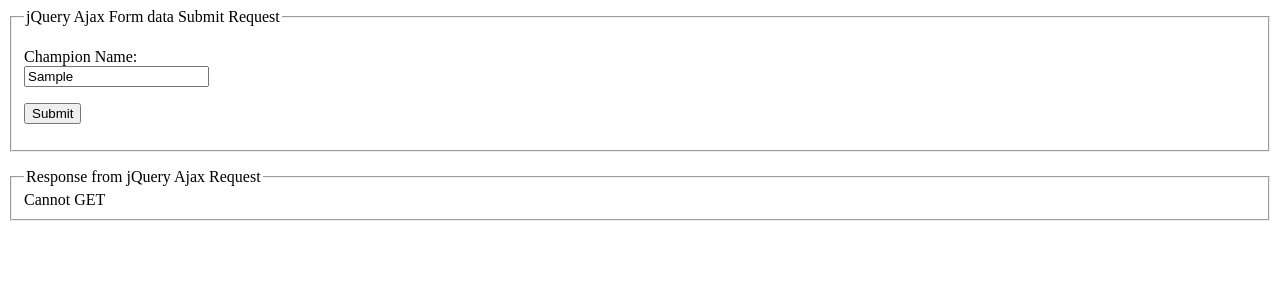
Repository: spencer-carver/lol-db
Page: LOLdb/war/index.html
An editor plug-in stored every save of this project. The page is shown before and after the next save, followed by the edit.
The browser window is 1280 px wide. The pictures show the whole page.
Empty fields were first filled with sample values (such as "Sample", 5 or name@example.com).
After loading, the first visible `#myButton` was clicked once.
The page's requests for data from a server got no answer. Some web libraries are served in a nearby version.

Above is the page before, as saved 2013-01-24 11:25:41.
Not found: LOLdb/war/CountryInformation

### LOLdb/war/index.html
<html>
<head>
    <title>jQuery Ajax POST data Request and Response Example</title>

    <link href="http://ajax.googleapis.com/ajax/libs/jqueryui/1.8/themes/base/jquery-ui.css" rel="stylesheet" type="text/css" />

    <script src="http://ajax.googleapis.com/ajax/libs/jquery/1.7.2/jquery.js" type="text/javascript"></script>
    <script src="http://ajax.googleapis.com/ajax/libs/jqueryui/1.8/jquery-ui.min.js" type="text/javascript"></script>
    <script type="text/javascript" src="app.js"></script>

</head>
<body>

    <form id="myAjaxRequestForm">
        <fieldset>
            <legend>jQuery Ajax Form data Submit Request</legend>

                <p>
                    <label for="championName">Champion Name:</label><br />
                    <input id="championName" type="text" name="championName" />
                </p>
                <p>
                    <input id="myButton" type="button" value="Submit" />
                </p>
        </fieldset>
    </form>
    <div id="anotherSection">
        <fieldset>
            <legend>Response from jQuery Ajax Request</legend>
                 <div id="ajaxResponse"></div>
        </fieldset>
    </div>

</body>
</html>

### LOLdb/war/app.js
$(document).ready(function() {

    //Stops the submit request
    $("#myAjaxRequestForm").submit(function(e){
           e.preventDefault();
    });

    //checks for the button click event
    $("#myButton").click(function(e){

            //get the form data and then serialize that
            dataString = $("#myAjaxRequestForm").serialize();

            //get the form data using another method
            var countryCode = $("input#countryCode").val();
            dataString = "countryCode=" + countryCode;

            //make the AJAX request, dataType is set to json
            //meaning we are expecting JSON data in response from the server
            $.ajax({
                type: "POST",
                url: "CountryInformation",
                data: dataString,
                dataType: "json",

                //if received a response from the server
                success: function( data, textStatus, jqXHR) {
                    //our country code was correct so we have some information to display
                     if(data.success){
                         $("#ajaxResponse").html("");
                         $("#ajaxResponse").append("<b>Country Code:</b> " + data.countryInfo.code + "<br/>");
                         $("#ajaxResponse").append("<b>Country Name:</b> " + data.countryInfo.name + "<br/>");
                         $("#ajaxResponse").append("<b>Continent:</b> " + data.countryInfo.continent + "<br/>");
                         $("#ajaxResponse").append("<b>Region:</b> " + data.countryInfo.region + "<br/>");
                         $("#ajaxResponse").append("<b>Life Expectancy:</b> " + data.countryInfo.lifeExpectancy + "<br/>");
                         $("#ajaxResponse").append("<b>GNP:</b> " + data.countryInfo.gnp + "<br/>");
                     }
                     //display error message
                     else {
                         $("#ajaxResponse").html("<div><b>Country code in Invalid!</b></div>");
                     }
                },

                //If there was no resonse from the server
                error: function(jqXHR, textStatus, errorThrown){
                     console.log("Something really bad happened " + textStatus);
                      $("#ajaxResponse").html(jqXHR.responseText);
                },

                //capture the request before it was sent to server
                beforeSend: function(jqXHR, settings){
                    //adding some Dummy data to the request
                    settings.data += "&dummyData=whatever";
                    //disable the button until we get the response
                    $('#myButton').attr("disabled", true);
                },

                //this is called after the response or error functions are finsihed
                //so that we can take some action
                complete: function(jqXHR, textStatus){
                    //enable the button
                    $('#myButton').attr("disabled", false);
                }

            });
    });

});

After the next save:
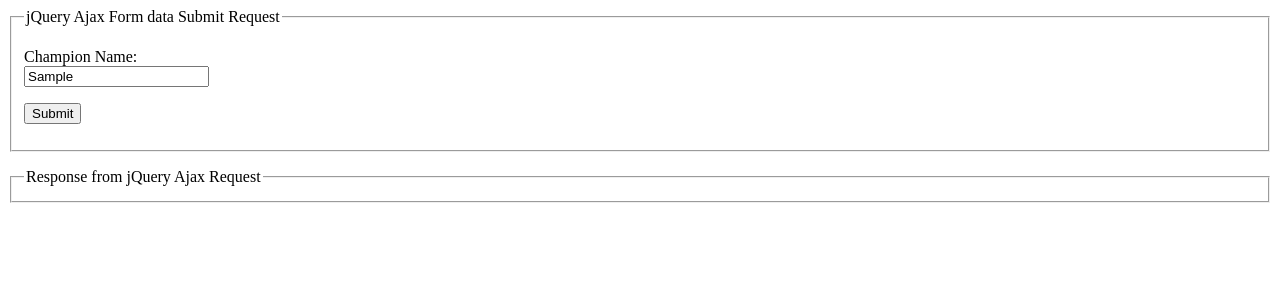
Saved 2 min 58 s later.
--- a/LOLdb/war/app.js
+++ b/LOLdb/war/app.js
@@ -12,14 +12,14 @@ $(document).ready(function() {
             dataString = $("#myAjaxRequestForm").serialize();
 
             //get the form data using another method
-            var countryCode = $("input#countryCode").val();
-            dataString = "countryCode=" + countryCode;
+            var countryCode = $("input#championName").val();
+            dataString = "championName=" + championName;
 
             //make the AJAX request, dataType is set to json
             //meaning we are expecting JSON data in response from the server
             $.ajax({
                 type: "POST",
-                url: "CountryInformation",
+                url: "ChampionInformation",
                 data: dataString,
                 dataType: "json",
 
@@ -28,7 +28,7 @@ $(document).ready(function() {
                     //our country code was correct so we have some information to display
                      if(data.success){
                          $("#ajaxResponse").html("");
-                         $("#ajaxResponse").append("<b>Country Code:</b> " + data.countryInfo.code + "<br/>");
+                         $("#ajaxResponse").append("<b>Champion Name:</b> " + data.championInfo.name + "<br/>");
                          $("#ajaxResponse").append("<b>Country Name:</b> " + data.countryInfo.name + "<br/>");
                          $("#ajaxResponse").append("<b>Continent:</b> " + data.countryInfo.continent + "<br/>");
                          $("#ajaxResponse").append("<b>Region:</b> " + data.countryInfo.region + "<br/>");
@@ -37,7 +37,7 @@ $(document).ready(function() {
                      }
                      //display error message
                      else {
-                         $("#ajaxResponse").html("<div><b>Country code in Invalid!</b></div>");
+                         $("#ajaxResponse").html("<div><b>Champion Name is Invalid!</b></div>");
                      }
                 },
 
